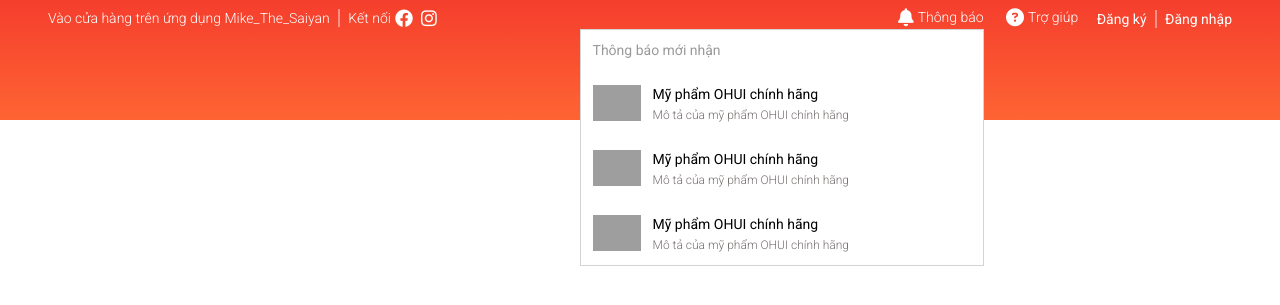
Repository: thefellowshiplotr/project_shopee
Page: index.html
An editor plug-in stored every save of this project. The page is shown before and after the next save, followed by the edit.
The browser window is 1280 px wide. The pictures show the whole page.
Pictures or frames that could not be fetched are drawn as grey boxes.

Above is the page before, as saved 2022-11-07 10:16:38.

### index.html
<!DOCTYPE html>
<html lang="en">
  <head>
    <meta charset="UTF-8" />
    <meta http-equiv="X-UA-Compatible" content="IE=edge" />
    <meta name="viewport" content="width=device-width, initial-scale=1.0" />
    <title>Shopee</title>
    <link
      rel="stylesheet"
      href="https://cdnjs.cloudflare.com/ajax/libs/normalize/8.0.1/normalize.min.css"
      integrity="sha512-NhSC1YmyruXifcj/KFRWoC561YpHpc5Jtzgvbuzx5VozKpWvQ+4nXhPdFgmx8xqexRcpAglTj9sIBWINXa8x5w=="
      crossorigin="anonymous"
      referrerpolicy="no-referrer"
    />
    <link rel="preconnect" href="https://fonts.googleapis.com" />
    <link rel="preconnect" href="https://fonts.gstatic.com" crossorigin />
    <link
      href="https://fonts.googleapis.com/css2?family=Roboto:wght@300;400;500;700&display=swap"
      rel="stylesheet"
    />
    <link rel="stylesheet" href="./assets/css/base.css" />
    <link rel="stylesheet" href="./assets/css/main.css" />
    <link
      rel="stylesheet"
      href="./assets/fonts/fontawesome-free-6.2.0-web/fontawesome-free-6.2.0-web/css/all.min.css"
    />
  </head>
  <body>
    <div class="wrapper">
      <header class="header">
        <div class="grid">
          <nav class="header__navbar">
            <ul class="header__navbar-list">
              <li
                class="header__navbar-item header__navbar-item-has-qr header__navbar-item--separate"
              >
                Vào cửa hàng trên ứng dụng Mike_The_Saiyan

                <!-- Header QR -->
                <div class="header__qr">
                  <img
                    src="./assets/img/QR-shopee.png"
                    alt="QR code"
                    class="header__qr-img"
                  />
                  <div class="header__qr-apps">
                    <a href="" class="header__qr-link">
                      <img
                        src="./assets/img/appstore.png"
                        alt="Appstore"
                        class="header__qr-download-img"
                      />
                    </a>
                    <a href="" class="header__qr-link">
                      <img
                        src="./assets/img/google-play.png"
                        alt="Google Play"
                        class="header__qr-download-img"
                      />
                    </a>
                    <a href="" class="header__qr-link">
                      <img
                        src="./assets/img/app-galery.png"
                        alt="App Galary"
                        class="header__qr-download-img"
                      />
                    </a>
                  </div>
                </div>
              </li>
              <li class="header__navbar-item header__notify-item--viewed">
                <span class="header__navbar-title--no-pointer">Kết nối</span>
                <a href="" class="header__navbar-icon-link"
                  ><i class="header__navbar-icon fa-brands fa-facebook"></i
                ></a>
                <a href="" class="header__navbar-icon-link"
                  ><i class="header__navbar-icon fa-brands fa-instagram"></i
                ></a>
              </li>
            </ul>
            <ul class="header__navbar-list">
              <li class="header__navbar-item">
                <a href="" class="header__navbar-item-link">
                  <i class="header__navbar-icon fa-solid fa-bell"></i>
                  Thông báo
                </a>
                <div class="header__notify">
                  <header class="header__notify-header">
                    <h3>Thông báo mới nhận</h3>
                  </header>
                  <ul class="header__notify-list">
                    <li class="header__notify-item">
                      <a href="" class="header__notify-link">
                        <img
                          src="https://cdn.abphotos.link/photos/resized/200x120/83-1625652146-myphamohui-lgvina.png"
                          alt=""
                          class="header__notify-img"
                        />
                        <div class="header__notify-info">
                          <span class="header__notify-name"
                            >Mỹ phẩm OHUI chính hãng</span
                          >
                          <span class="header__notify-description"
                            >Mô tả của mỹ phẩm OHUI chính hãng</span
                          >
                        </div>
                      </a>
                    </li>
                    <li class="header__notify-item">
                      <a href="" class="header__notify-link">
                        <img
                          src="https://cdn.abphotos.link/photos/resized/200x120/83-1625652146-myphamohui-lgvina.png"
                          alt=""
                          class="header__notify-img"
                        />
                        <div class="header__notify-info">
                          <span class="header__notify-name"
                            >Mỹ phẩm OHUI chính hãng</span
                          >
                          <span class="header__notify-description"
                            >Mô tả của mỹ phẩm OHUI chính hãng</span
                          >
                        </div>
                      </a>
                    </li>
                    <li class="header__notify-item">
                      <a href="" class="header__notify-link">
                        <img
                          src="https://cdn.abphotos.link/photos/resized/200x120/83-1625652146-myphamohui-lgvina.png"
                          alt=""
                          class="header__notify-img"
                        />
                        <div class="header__notify-info">
                          <span class="header__notify-name"
                            >Mỹ phẩm OHUI chính hãng</span
                          >
                          <span class="header__notify-description"
                            >Mô tả của mỹ phẩm OHUI chính hãng</span
                          >
                        </div>
                      </a>
                    </li>
                  </ul>
                </div>
              </li>
              <li class="header__navbar-item">
                <a href="" class="header__navbar-item-link">
                  <i
                    class="header__navbar-icon fa-solid fa-circle-question"
                  ></i>
                  Trợ giúp
                </a>
              </li>
              <li
                class="header__navbar-item header__navbar-item--strong header__navbar-item--separate"
              >
                Đăng ký
              </li>
              <li class="header__navbar-item header__navbar-item--strong">
                Đăng nhập
              </li>
            </ul>
          </nav>
        </div>
      </header>

      <div class="container"></div>

      <footer class="footer"></footer>
    </div>
  </body>
</html>

### assets/css/base.css
:root {
  --primary-color: #ee4d2d;
  --white-color: #fff;
  --black-color: #000;
  --text-color: #333;
}

* {
  box-sizing: inherit;
}

html {
  font-size: 62.5%; /* Sử dụng kĩ thuật HACK*/
  line-height: 1.6rem;
  font-family: "Roboto", sans-serif;
  box-sizing: border-box;
}

.grid {
  width: 1200px;
  max-width: 100%;
  margin: 0 auto;
}

.grid__full-width {
  width: 100%;
}

.grid__row {
  display: flex;
  flex-wrap: wrap;
}

/* Animation */
@keyframes fadeIn {
  from {
    opacity: 0;
  }
  to {
    opacity: 1;
  }
}

### assets/css/main.css
.header {
  height: 120px;
  background-image: linear-gradient(0, #fe6433, #f53e2d);
}

.header__navbar {
  display: flex;
  justify-content: space-between;
  align-items: center;
}

.header__navbar-list {
  list-style: none;
  padding-left: 0;
  margin-top: 4px;
}

.header__navbar-item {
  margin: 0 8px;
  position: relative;
  min-height: 25px;
}

.header__navbar-item-has-qr:hover .header__qr {
  display: block;
}

.header__navbar-item,
.header__navbar-item-link {
  display: inline-block;
  font-size: 1.4rem;
  color: var(--white-color);
  text-decoration: none;
  font-weight: 300;
}

.header__navbar-item,
.header__navbar-item-link,
.header__navbar-icon-link {
  display: inline-flex;
  align-items: center;
}

.header__navbar-item:hover,
.header__navbar-item-link:hover,
.header__navbar-icon-link:hover {
  cursor: pointer;
  color: rgba(255, 255, 255, 0.7);
}

.header__navbar-item--strong {
  font-weight: 400;
}

.header__navbar-item--separate::after {
  content: "";
  display: block;
  position: absolute;
  border: 1px solid #fb9086;
  height: 16px;
  right: -10px;
  top: 50%;
  transform: translateY(-50%);
}

.header__navbar-icon-link {
  color: var(--white-color);
  text-decoration: none;
}

.header__navbar-icon {
  font-size: 1.8rem;
  margin: 0 4px;
}

.header__navbar-title--no-pointer {
  cursor: text;
  color: var(--white-color);
}

/* Header QR code*/
.header__qr {
  width: 186px;
  background-color: var(--white-color);
  position: absolute;
  left: 0;
  top: 118%; /* làm cho nó cao bằng 100% chiều cao của thằng chứa nó*/
  padding: 8px;
  border-radius: 2px;
  display: none;
  animation: fadeIn ease-in 0.4s;
}

.header__qr::before {
  position: absolute;
  left: 0;
  top: -16px;
  width: 100%;
  height: 20px;
  content: "";
  display: block;
}

.header__qr-img {
  width: 100%;
}

.header__qr-apps {
  display: flex;
  justify-content: space-between;
  flex-wrap: wrap;
  margin-top: 5px;
}

.header__qr-link:nth-child(1) {
  margin-left: 9px;
}

.header__qr-link:nth-child(2) {
  margin-right: 9px;
}
.header__qr-link:nth-child(3) {
  margin-left: 8px;
  margin-top: 8px;
}

.header__qr-download-img {
  height: 16px;
}

/* header notification */

.header__notify {
  position: absolute;
  top: 100%;
  width: 404px;
  right: 0;
  border: 1px solid #d3d3d3;
  background-color: var(--white-color);
}

.header__notify-header {
  height: 40px;
  background-color: var(--white-color);
}

.header__notify-header h3 {
  color: #999;
  margin: 0 0 0 12px;
  font-weight: 400;
  font-size: 1.4rem;
  line-height: 40px;
}

.header__notify-list {
  padding-left: 0;
}

.header__notify-item {
  display: flex;
}

.header__notify-item--viewed {
  background-color: rgba(238, 75, 43, 0.08);
}

.header__notify-link {
  display: flex;
  width: 100%;
  padding: 12px;
  text-decoration: none;
}

.header__notify-img {
  width: 48px;
  object-fit: contain;
}

.header__notify-info {
  margin-left: 12px;
}

.header__notify-name {
  display: block;
  color: var(--black-color);
  font-size: 1.4rem;
  font-weight: 400;
  line-height: calc(25 / 14);
}

.header__notify-description {
  display: block;
  font-size: 1.2rem;
  color: #756f6e;
}

Loaded but not shown: assets/fonts/fontawesome-free-6.2.0-web/fontawesome-free-6.2.0-web/css/all.min.css (library)

After the next save:
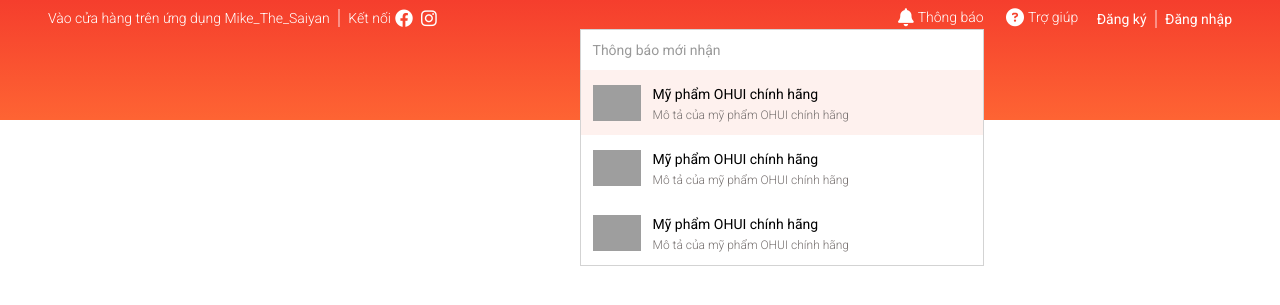
Saved 30 s later.
--- a/index.html
+++ b/index.html
@@ -68,7 +68,7 @@
                   </div>
                 </div>
               </li>
-              <li class="header__navbar-item header__notify-item--viewed">
+              <li class="header__navbar-item">
                 <span class="header__navbar-title--no-pointer">Kết nối</span>
                 <a href="" class="header__navbar-icon-link"
                   ><i class="header__navbar-icon fa-brands fa-facebook"></i
@@ -89,7 +89,7 @@
                     <h3>Thông báo mới nhận</h3>
                   </header>
                   <ul class="header__notify-list">
-                    <li class="header__notify-item">
+                    <li class="header__notify-item header__notify-item--viewed">
                       <a href="" class="header__notify-link">
                         <img
                           src="https://cdn.abphotos.link/photos/resized/200x120/83-1625652146-myphamohui-lgvina.png"
